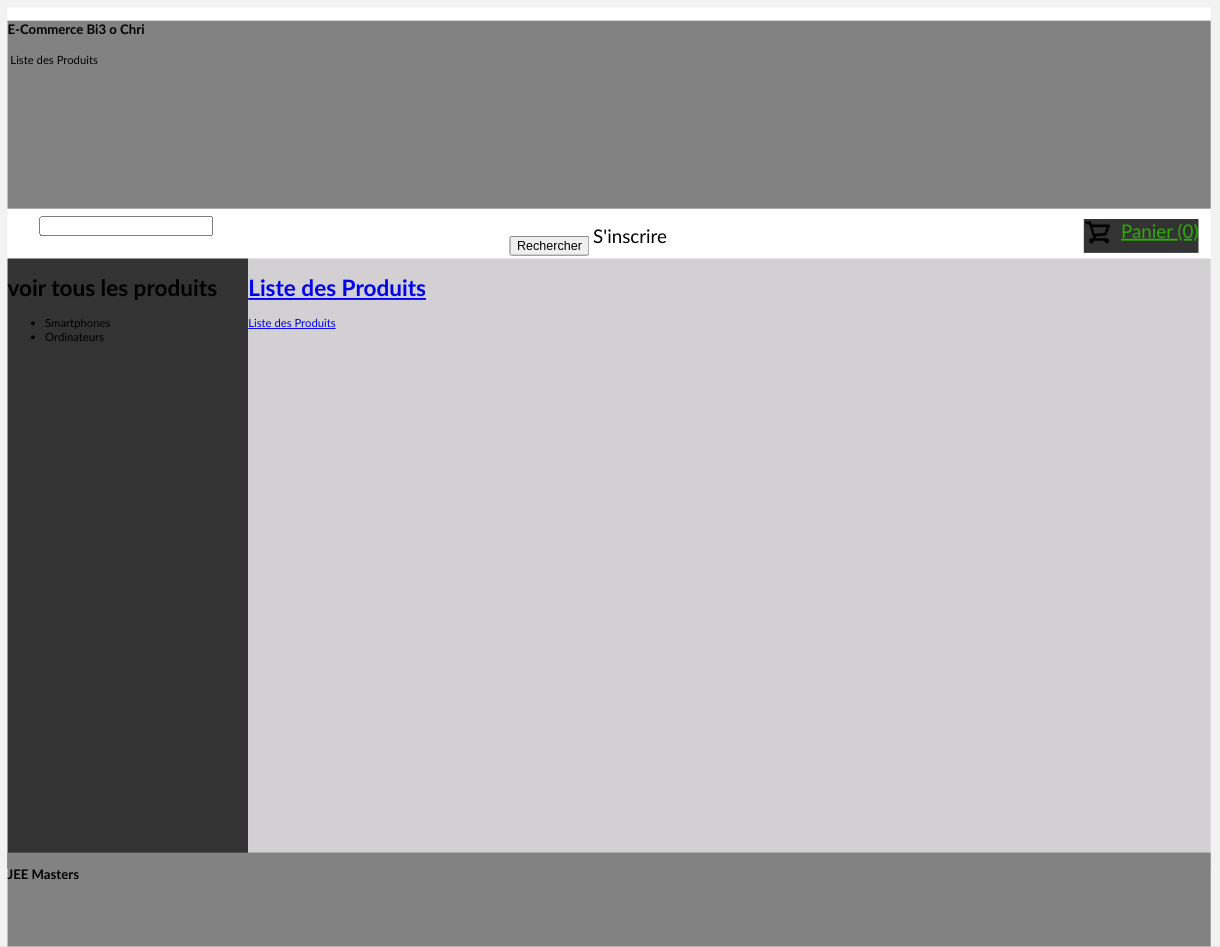
Repository: EBusinesss/Ebusiness
Page: http://localhost/EcomWEB/
An editor plug-in stored every save of this project. The page is shown before and after the next save, followed by the edit.
The browser window is 1280 px wide. The page is 1298 px wide, so the pictures cover 1298 px, including what lies to the right of the window. The pictures show the whole page, at 94% of full size.
The page is served by Tomcat 9. Nobody is signed in. The application's start-up code is not run. Other server files are loaded and not shown.

Above is the page before, as saved 2014-12-25 15:12:17.

### Workspace/EcomWEB/WebContent/index.jsp
<%@ page language="java" contentType="text/html; charset=ISO-8859-1"
	pageEncoding="ISO-8859-1"%>


<!DOCTYPE html PUBLIC "-//W3C//DTD HTML 4.01 Transitional//EN" "http://www.w3.org/TR/html4/loose.dtd">
<html>
<head>
<script Src="./functions/functions.js" Language="javascript"
	type="text/javascript"></script>
<link rel="stylesheet" type="text/css" href="./style/style.css" />
<meta http-equiv="Content-Type" content="text/html; charset=ISO-8859-1">
<title>Insert title here</title>
</head>
<body>


	<div id="wrapper">

		<div id="header">
			<h3>E-Commerce Bi3 o Chri</h3>

			<table>
				<tr>
					<td><a onclick="listOfProducts()"> Liste des Produits </a></td>
				</tr>
			</table>

		</div>

		<div id="navigation">

			<table class="tableNavig">
				<tr>
					<td><input type="text" id="nomProduitRecherche" height="10"
						width="25"
						onkeydown="if (event.keyCode==13) document.getElementById('btnSearch').click()">
						<div align="right">
							<button onclick="Rechercher()" type="button" id="btnSearch">Rechercher</button>
						</div></td>

					<td><a>
						S'inscrire
					</a> </td>



					<td>
					<div class="Basket">
							<div class="icn-Basket"></div>
							<a href="" class="HeaderLink" target="_top">
									<span class="bigger">Panier (0)</span>
							</a>
					</div>
				</td>

			</tr>
			</table>


	</div>

	<div id="menuLateral">
	<h1> <a> voir tous les produits </a> </h1>

	<ul>
		<li> Smartphones</li>
		<li> Ordinateurs</li>
	</ul>
	</div>

	<div id="content">
	<h1>
				<a href="http://localhost:8080/EcomWEB/ListProductServlet">Liste des Produits </a><br>
			</h1>

	<a href="http://localhost:8080/EcomWEB/ListProductServlet">Liste des Produits </a>
	</div>

	<div id="footer">
		<h3>JEE Masters</h3>
	</div>

</div>
</body>
</html>

### Workspace/EcomWEB/WebContent/functions/functions.js
function listOfProducts()
{
var xmlhttp;
if (window.XMLHttpRequest)
  {// code for IE7+, Firefox, Chrome, Opera, Safari
  xmlhttp=new XMLHttpRequest();
  }
else
  {// code for IE6, IE5
  xmlhttp=new ActiveXObject("Microsoft.XMLHTTP");
  }
xmlhttp.onreadystatechange=function()
  {
  if (xmlhttp.readyState==4 && xmlhttp.status==200)
    {
    document.getElementById("content").innerHTML = xmlhttp.responseText;
    }
  };
xmlhttp.open("GET","ProductServlet",true);
xmlhttp.send();
}


function Rechercher()
{
var xmlhttp;
var val = document.getElementById('nomProduitRecherche').value;

if (window.XMLHttpRequest)
  {// code for IE7+, Firefox, Chrome, Opera, Safari
  xmlhttp=new XMLHttpRequest();
  }
else
  {// code for IE6, IE5
  xmlhttp=new ActiveXObject("Microsoft.XMLHTTP");
  }
xmlhttp.onreadystatechange=function()
  {
  if (xmlhttp.readyState==4 && xmlhttp.status==200)
    {
    document.getElementById("content").innerHTML = xmlhttp.responseText;
    }
  };
xmlhttp.open("GET","RechercherProductServlet?val="+val,true);
xmlhttp.send();
}

### Workspace/EcomWEB/WebContent/style/style.css
@CHARSET "ISO-8859-1";

body{
	background: #f3f2f3;
	color: #000000;
	font-family: Trebuchet MS, Arial, Times New Roman;
	font-size: 12px;
}


#wrapper {
	background: #FFFFFF;
	width: 100%;
	height: 999px;
	position: absolute;
}

#header{
	background: #838283;
	width: 100%;
	height: 20%;
}

#navigation{
	padding: 5px;
	width: 100%;
	height: 3%;
}

.tableNavig{
	width: 98%;
	font-size: 20px;
	padding-right: 15px;
	float: right;
}

.Basket {
	background: #333333;
	float: right;
}

.Basket>div {
	width:40px;
	height:36px;
	background: url(../images/basket.png);
    background-size: 30px 30px;
    background-repeat: no-repeat;
    float: left;
}

.Basket>a {
	color: #29b001;
}

#menuLateral{
	background: #333333;
	float: left;
	width: 20%;
	height: 65%;
}


#content {
	background: #d2d0d2;
	float: right;
	width: 80%;
	height: 65%;
}

#footer {
	background: #838283;
	width: 100%;
	height: 10%;
	position: absolute;
	bottom: 0px;
}

a{
	cursor: pointer;
}

After the next save:
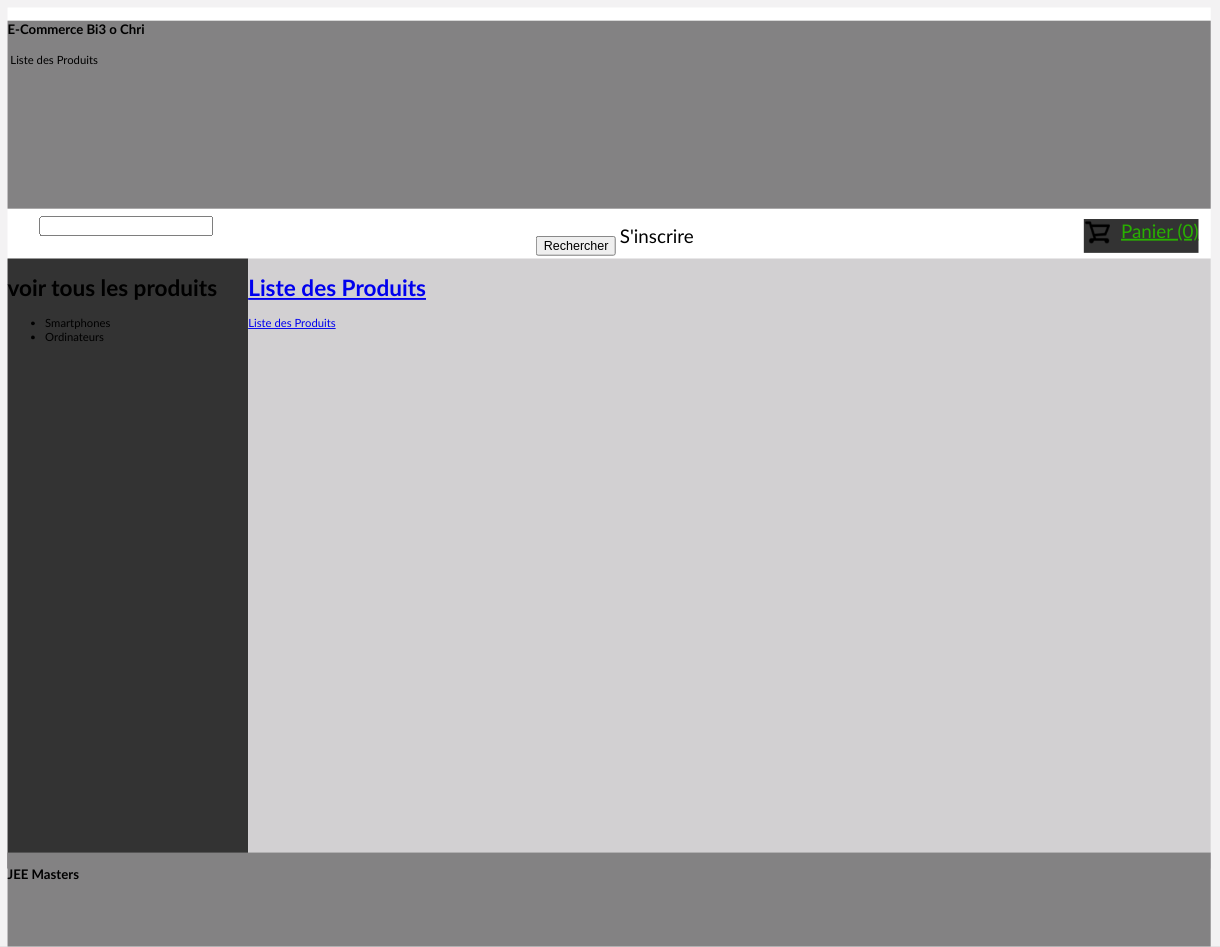
Saved 68 s later.
--- a/Workspace/EcomWEB/WebContent/index.jsp
+++ b/Workspace/EcomWEB/WebContent/index.jsp
@@ -31,20 +31,18 @@
 
 			<table class="tableNavig">
 				<tr>
-					<td><input type="text" id="nomProduitRecherche" height="10"
+					<td width="50%"><input type="text" id="nomProduitRecherche" height="10"
 						width="25"
 						onkeydown="if (event.keyCode==13) document.getElementById('btnSearch').click()">
 						<div align="right">
 							<button onclick="Rechercher()" type="button" id="btnSearch">Rechercher</button>
 						</div></td>
 
-					<td><a>
+					<td width="25%"><a>
 						S'inscrire
 					</a> </td>
 
-
-
-					<td>
+					<td  width="25%">
 					<div class="Basket">
 							<div class="icn-Basket"></div>
 							<a href="" class="HeaderLink" target="_top">
